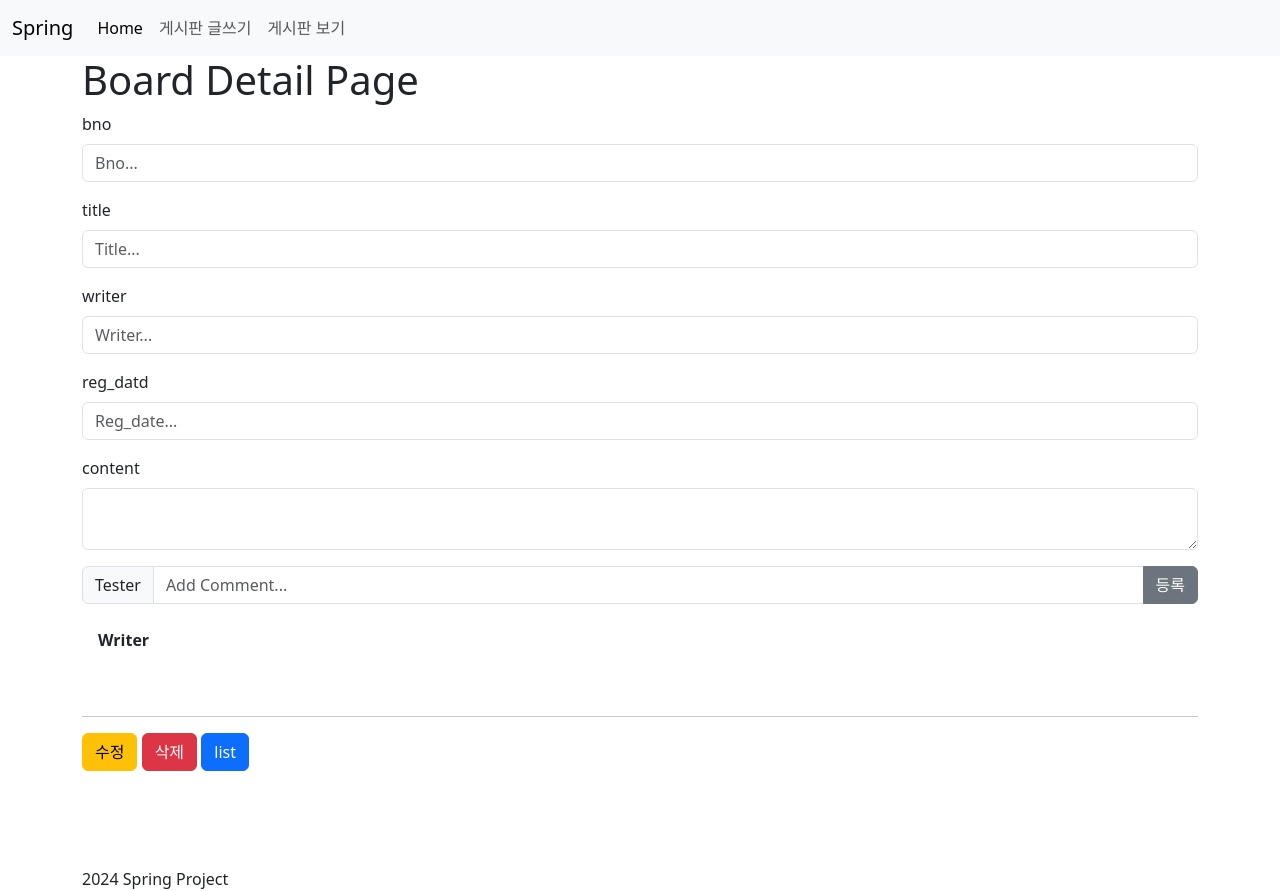
Repository: havanara/240423_SPRING_Project
Page: http://localhost/spring_test2/WEB-INF/views/board/detail.jsp
These files come from the project's save history. The page is drawn as it stood at one moment and after the next save; the edit follows.
The browser window is 1280 px wide. The pictures show the whole page.
The page is served by Tomcat 9. Nobody is signed in. Other server files are loaded and not shown. The template is opened directly, without the code that normally fills it, so the values that code supplies are empty.

Above is the page before, as saved 2024-05-02 03:18:13.

### spring_test2/src/main/webapp/WEB-INF/views/board/detail.jsp
<%@ page language="java" contentType="text/html; charset=UTF-8"
    pageEncoding="UTF-8"%>
    <%@ taglib uri="http://java.sun.com/jsp/jstl/core" prefix="c" %>

<jsp:include page="../layout/header.jsp" />

<div class="container-md">
<h1>Board Detail Page</h1>
<!-- bdto 값중에 bvo만 떼서 bvo에 넣겠다 -->
<%-- <c:set value="${bdto.bvo }" var="bvo"></c:set>  --%>
	<div class="mb-3">
	  <label for="n" class="form-label">bno</label>
	  <input type="text" class="form-control" name="bno" id="n" value="${bvo.bno }" readonly="readonly" placeholder="Bno...">
	</div>
	<div class="mb-3">
	  <label for="t" class="form-label">title</label>
	  <input type="text" class="form-control" name="title" id="t" value="${bvo.title }" readonly="readonly" placeholder="Title...">
	</div>
	<div class="mb-3">
	  <label for="w" class="form-label">writer</label>
	  <input type="text" class="form-control" name="writer" id="w" value="${bvo.writer }" readonly="readonly" placeholder="Writer...">
	</div>
	<div class="mb-3">
	  <label for="r" class="form-label">reg_datd</label>
	  <input type="text" class="form-control" name="reg_date" id="r" value="${bvo.regDate }" readonly="readonly" placeholder="Reg_date...">
	</div>
	<div class="mb-3">
	  <label for="c" class="form-label">content</label>
	  <textarea class="form-control" name="content" id="c" aria-label="With textarea" readonly="readonly">${bvo.content }</textarea>
	</div>

	<!-- file upload 표시 라인 -->
	<!-- c:set사이에는 뭐가 들어가면 에러남 -->
	<%-- <c:set value="${bdto.flist }" var="flist"></c:set>
	<div class="mb-3">
		<ul class="list-group list-group-flush">
		<!-- 파일 개수만큼 li를 반복하여 파일 표시 타입이 1인 경우만 표시 -->
		<!-- li 안에 div를 넣고 거기에 img 표시 -->
		<!-- div를 넣고 파일이름, 작성일, span 넣어 size 표기 -->
			<c:forEach items="${flist }" var="fvo">
	  			<li class="list-group-item">
	  				<c:choose>
	  					<c:when test="${fvo.file_type > 0}">
							<div>
								<img alt="" src="/upload/${fvo.save_dir }/${fvo.uuid}_th_${fvo.file_name}">
							</div>
	  					</c:when>
	  					<c:otherwise>
	  						<div>
	  							<!-- 파일 타입이 0인 경우 아이콘 모양 하나 가져와서 넣기 -->
	  						</div>
	  					</c:otherwise>
	  				</c:choose>
	  				<div>
	  					<!-- 파일이름, 작성일, size -->
	  					<div>${fvo.file_name }</div>
	  					${fvo.reg_date }
	  					<span class="badge rounded-pill text-bg-dark">${fvo.file_size }Byte</span>
	  				</div>
				</li>
			</c:forEach>
		</ul>
	</div>
	<br> <hr> --%>

	<!-- 댓글 라인 -->
	<!-- 댓글 등록 라인 -->
 	<div class="input-group mb-3">
	  <span class="input-group-text" id="cmtWriter">Tester</span>
	  <input type="text" id="cmtText" class="form-control" placeholder="Add Comment..." aria-label="Username" aria-describedby="basic-addon1">
	  <button type="button" id="cmtAddBtn" class="btn btn-secondary">등록</button>
	</div>

	<!-- 댓글 출력 라인 -->
	<ul class="list-group list-group-flush" id="cmtListArea">
  		<li class="list-group-item">
  			 <div class="input-group mb-3">
  			 	<div class="fw-bold">Writer</div>
  			 </div>
  		</li>
	</ul>


	<!-- 댓글 출력 아코디언 방식 -->
<!-- 	<div class="accordion" id="accordionExample">

	  <div class="accordion-item">
	    <h2 class="accordion-header">
	      <button class="accordion-button" type="button" data-bs-toggle="collapse" data-bs-target="#collapseOne" aria-expanded="true" aria-controls="collapseOne">
	        cno, writer, reg_date
	      </button>
	    </h2>
	    <div id="collapseOne" class="accordion-collapse collapse show" data-bs-parent="#accordionExample">
	      <div class="accordion-body">
	        <p>댓글 내용 표시</p>
	      </div>
	    </div>
	  </div>

	</div> -->
	<br> <hr>

	<%-- <c:if test="${ses.id eq bvo.writer}"> --%>
		<a href="/board/modify?bno=${bvo.bno }"><button type="button" class="btn btn-warning">수정</button></a>
		<a href="/board/remove?bno=${bvo.bno }"><button type="button" class="btn btn-danger">삭제</button></a>
	<%-- </c:if> --%>
	<a href="/board/list"><button type="button" class="btn btn-primary">list</button></a>
	<br><br><br><br><br>
</div>

<!-- <script type="text/javascript">
	const bnoVal = `<c:out value = "${bvo.bno}" />`;
	const id = `<c:out value = "${ses.id}" />`;
	console.log(bnoVal);
</script>

<script type="text/javascript" src="/resources/js/boardDetailComment.js"></script>

<script type="text/javascript">
	spreadCommentList(bnoVal);
</script> -->

<jsp:include page="../layout/footer.jsp" />

</body>
</html>

### spring_test2/src/main/webapp/WEB-INF/views/layout/header.jsp
<%@ page language="java" contentType="text/html; charset=UTF-8"
    pageEncoding="UTF-8"%>
    <%@ taglib uri="http://java.sun.com/jsp/jstl/core" prefix="c" %>
<!DOCTYPE html>
<html>
<head>
<meta charset="UTF-8">
<title>header.jsp</title>
<link href="https://cdn.jsdelivr.net/npm/bootstrap@5.3.3/dist/css/bootstrap.min.css" rel="stylesheet" integrity="sha384-QWTKZyjpPEjISv5WaRU9OFeRpok6YctnYmDr5pNlyT2bRjXh0JMhjY6hW+ALEwIH" crossorigin="anonymous">
<script src="https://cdn.jsdelivr.net/npm/bootstrap@5.3.3/dist/js/bootstrap.bundle.min.js" integrity="sha384-YvpcrYf0tY3lHB60NNkmXc5s9fDVZLESaAA55NDzOxhy9GkcIdslK1eN7N6jIeHz" crossorigin="anonymous"></script>
</head>
<body>
<nav class="navbar navbar-expand-lg bg-body-tertiary">
  <div class="container-fluid">
    <a class="navbar-brand" href="#">Spring</a>
    <button class="navbar-toggler" type="button" data-bs-toggle="collapse" data-bs-target="#navbarSupportedContent" aria-controls="navbarSupportedContent" aria-expanded="false" aria-label="Toggle navigation">
      <span class="navbar-toggler-icon"></span>
    </button>
    <div class="collapse navbar-collapse" id="navbarSupportedContent">
      <ul class="navbar-nav me-auto mb-2 mb-lg-0">
        <li class="nav-item">
          <a class="nav-link active" aria-current="page" href="/">Home</a>
        </li>
        <li class="nav-item">
          <a class="nav-link" href="/board/register">게시판 글쓰기</a>
        </li>
        <li class="nav-item">
          <a class="nav-link" href="/board/list">게시판 보기</a>
        </li>
<%--         <li class="nav-item">
          <a class="nav-link" href="/member/register">회원가입</a>
        </li>

        <c:if test="${ses.id eq null }">
        <li class="nav-item">
          <a class="nav-link" href="/member/login">로그인</a>
        </li>
        </c:if>

        <c:if test="${ses.id ne null }">
        <li class="nav-item">
          <a class="nav-link" href="/member/logout">로그아웃</a>
        </li>

        <li class="nav-item">
          <a class="nav-link" href="/member/modify">${ses.id }(${ses.email })님 환영합니다!</a>
        </li>
        </c:if> --%>

      </ul>
    </div>
  </div>
</nav>

### spring_test2/src/main/webapp/WEB-INF/views/layout/footer.jsp
<%@ page language="java" contentType="text/html; charset=UTF-8"
    pageEncoding="UTF-8"%>
<!DOCTYPE html>

<div class="container-md">
	2024 Spring Project
</div>

</body>
</html>

After the next save:
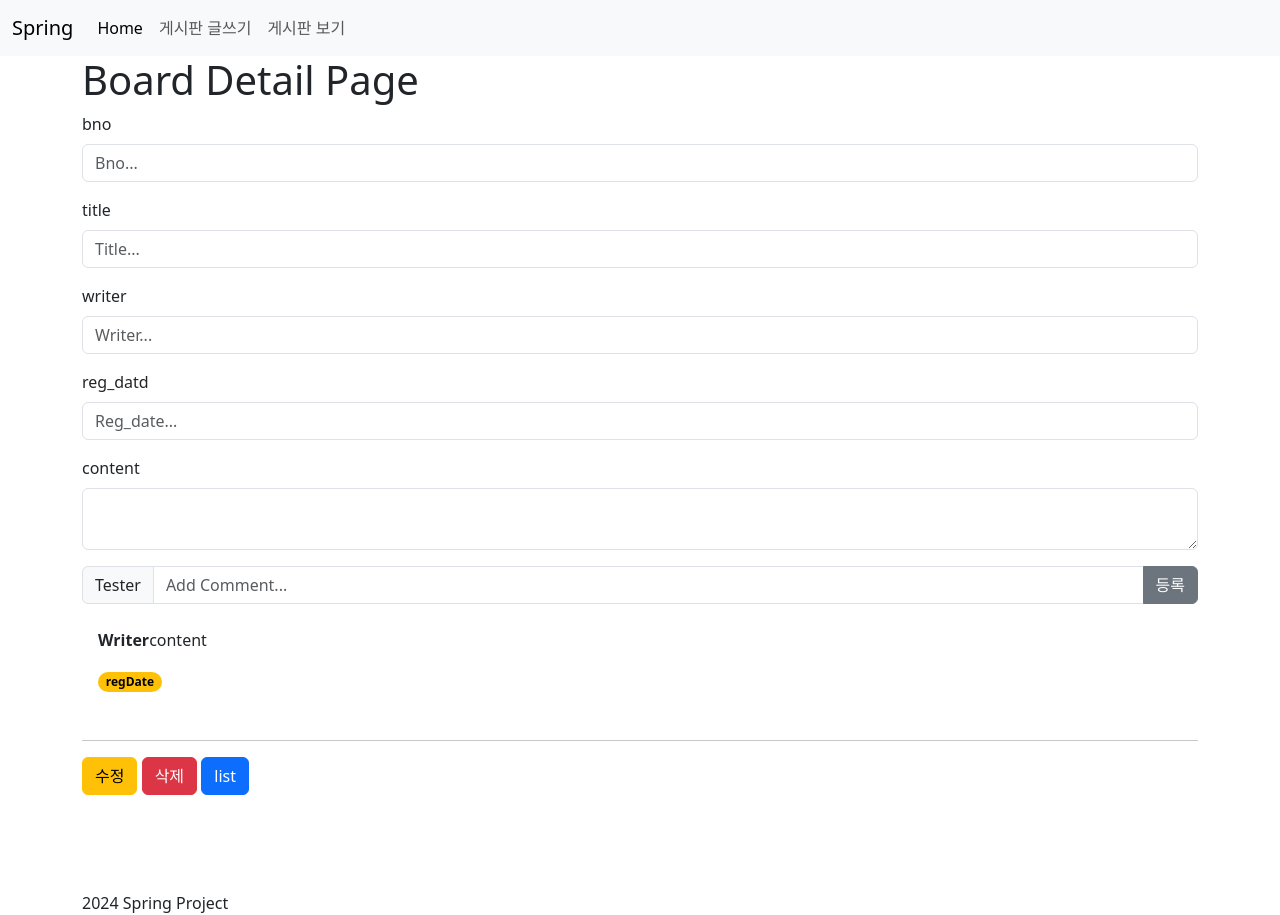
Saved 95 s later.
--- a/spring_test2/src/main/webapp/WEB-INF/views/board/detail.jsp
+++ b/spring_test2/src/main/webapp/WEB-INF/views/board/detail.jsp
@@ -76,7 +76,9 @@
   		<li class="list-group-item">
   			 <div class="input-group mb-3">
   			 	<div class="fw-bold">Writer</div>
+  			 	content
   			 </div>
+  			 <span class="badge rounded-pill text-bg-warning">regDate</span>
   		</li>
 	</ul>
 
